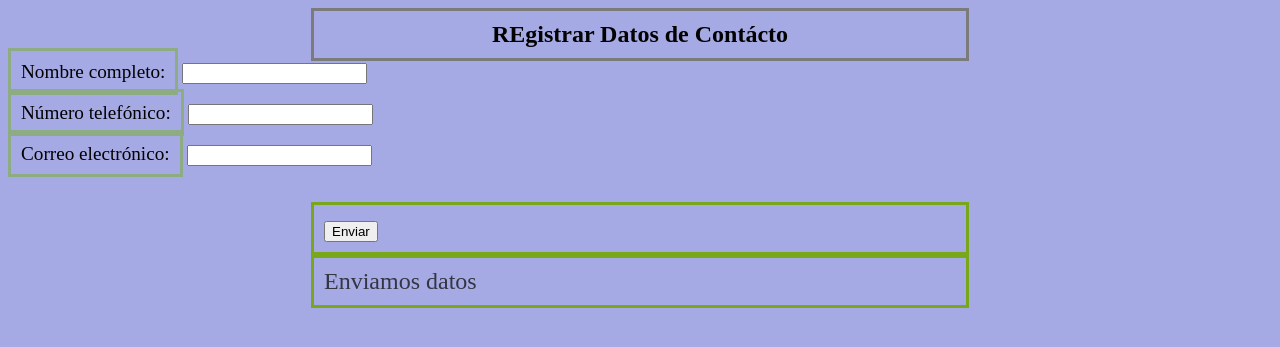
Repository: UVMCoyoacan/VEFY
Page: formularioCV.html
The author's editor kept a copy of each file at every save. The page is drawn from the files as they stood at one save, then again after the next save.
The browser window is 1280 px wide. The pictures show the whole page.

Above is the page before, as saved 2024-03-01 11:36:55.

After the next save:
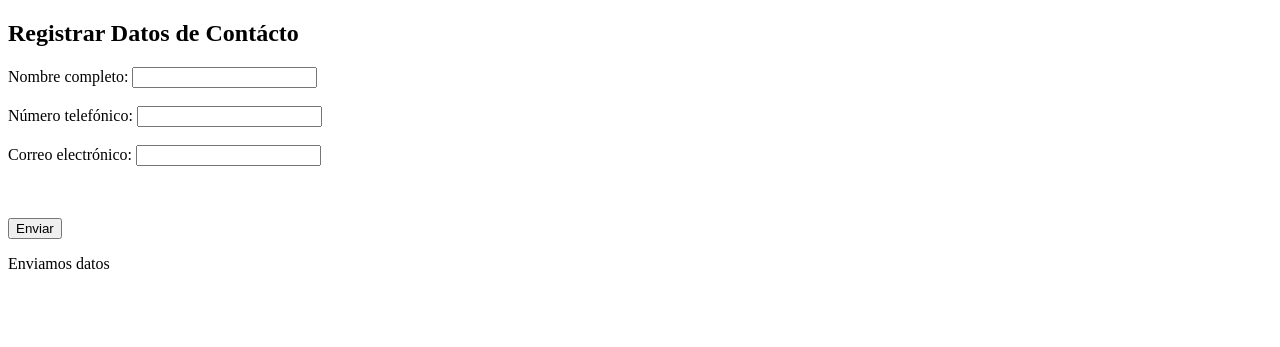
Saved 9 s later.
--- a/formularioCV.html
+++ b/formularioCV.html
@@ -1,16 +1,11 @@
 <!DOCTYPE html>
 <html>
   <head>
-    <link rel="stylesheet" href="estilo.css"/>
-    <link rel="stylesheet" href="estilo1.css"/>
-    <link rel="stylesheet" href="estilo2.css"/>
-    <link rel="stylesheet" href="estilo3.css"/>
-    <link rel="stylesheet" href="estilo4.css"/>
-    <meta charset="utf-8" />
+    <meta charset="UTF-8" />
   </head>
 <body>
 
-<h2>REgistrar Datos de Contácto</h2>
+<h2>Registrar Datos de Contácto</h2>
 
 <form name="enviaDat" action="recibedatosFormCV.html" method="get">
 
